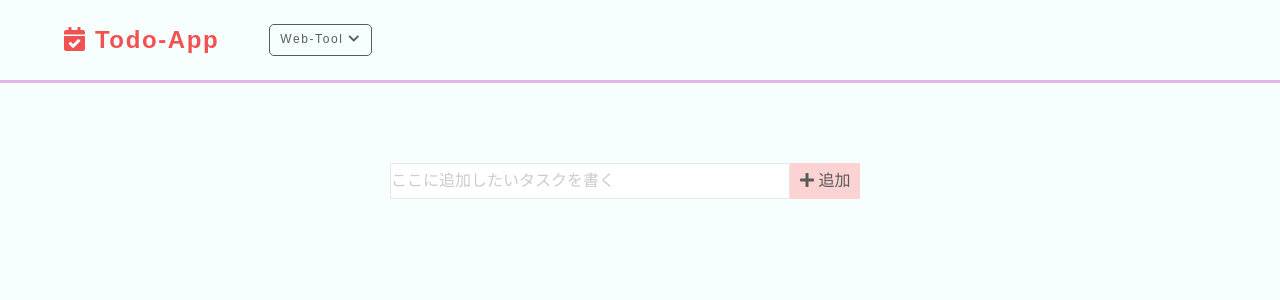
Repository: Hiroshii-m/todo_vue
Page: index.html
An editor plug-in stored every save of this project. The page is shown before and after the next save, followed by the edit.
The browser window is 1280 px wide. The pictures show the whole page.
The style sheet was rebuilt from its Sass, Less or Tailwind sources for each picture, by a compiler version that may differ from the author's.

Above is the page before, as saved 2021-06-26 18:13:32.

### index.html
<!DOCTYPE html>
<html lang="en">
<head>
    <meta charset="UTF-8">
    <meta http-equiv="X-UA-Compatible" content="IE=edge">
    <meta name="viewport" content="width=device-width, initial-scale=1.0">
    <link rel="stylesheet" href="node_modules/@fortawesome/fontawesome-free/css/all.css">
    <link rel="stylesheet" href="dist/css/style.css">
    <title>TODO APP Vue</title>
</head>
<body class="u-bgColor-base">

    <!-- header -->
    <header id="l-header" class="u-border-bottom">
        <div class="c-header">
            <h2 class="c-header__home">
                <i class="fas fa-calendar-check"></i>
                <a class="c-header__text" href="">Todo-App</a>
            </h2>
            <h3 class="c-header__other">
                Web-Tool
                <i class="fas fa-chevron-down"></i>
            </h3>
        </div>
    </header><!-- /header -->

    <!-- main -->
    <section id="l-main">
        <div class="c-main">
            <div id="l-addTask">
                <div class="c-addTask">
                    <input type="text" class="c-addTask__input" placeholder="ここに追加したいタスクを書く">
                    <button class="c-addTask__add">
                        <i class="fas fa-plus"></i>
                        追加
                    </button>
                </div>
            </div>
            <div id="l-search"></div>
            <div id="l-list"></div>
        </div>
    </section>
    <!-- /main -->

</body>
</html>

### src/scss/style.scss

// ======================================
// foundation
// ======================================
@use 'foundation/reset';
@use 'foundation/variables';
@use 'foundation/base';
// ======================================
// layout
// ======================================
#l-header {
    width: 100%;
}
#l-main {
    padding: 80px;
}
// ======================================
// object
// ======================================
// Component
// **************************************
.c-header {
    width: 90%;
    height: 80px;
    margin: 0 auto;
    display: flex;
    align-items: center;
    &__home {
        margin-right: 50px;
        font-weight: bold;
        color: var(--color_red);
        font-size: var(--font-size_xl);
    }
    &__other {
        font-size: var(--font-size_s);
        padding: var(--space_s) var(--space_m);
        border: 1px solid var(--font-color_default);
        border-radius: 5px;
        cursor: pointer;
    }
}
.c-main {
    width: var(--site-width_xxl);
    margin: 0 auto;
}
.c-addTask {
    display: flex;
    max-width: 500px;
    margin: 0 auto;
    &__input {
        width: 80%;
        border: 1px solid var(--border-color_default);
        border-radius: 2px;
    }
    &__add {
        background: var(--color_pink);
        padding: var(--space_s) var(--space_m);
    }
}
// Project
// **************************************
// Utility
// **************************************
.u-border {
    &-bottom {
        border-bottom: 3px solid var(--color_accent);
    }
}
.u-bgColor {
    &-base {
        background: var(--color_base);
    }
}

### src/scss/foundation/_variables.scss
:root {
    --font-color_default: #5A5A5A;
    --color_base: #F7FFFE;
    --color_accent: #E3B6E5;
    --color_green: #C3E8C7;
    --color_sky: #C8E4F4;
    --color_red: #F05252;
    --color_blue: #25A1EF;
    --color_pink: #fbd3d3;
    --border-color_default: #E6E6E6;


    --site-width_xxl: 780px;
    --site-width_xl: 680px;
    --site-width_md: 580px;
    --site-width_ms: 414px;

    --font-size_s: 12px;
    --font-size_m: 14px;
    --font-size_default: 16px;
    --font-size_l: 18px;
    --font-size_xl: 24px;
    --font-size_xxl: 28px;
    --font-size_3l: 38px;


    --space_s: 5px;
    --space_m: 10px;
    --space_l: 15px;
    --space_xl: 20px;
    --space_xxl: 30px;
    --space_3l: 40px;

    --font-family_default: "メイリオ", sans-serif;
}

### src/scss/foundation/_base.scss
html, body {
    width: 100%;
    color: var(--font-color_default);
    line-height: 1.6;
    font-family: var(--font-family_default);
    letter-spacing: 0.1em;
}

p, a {
    -webkit-font-smoothing: antialiased;
}

img {
    width: 100%;
    height: 100%;
    vertical-align: bottom;
    object-fit: cover;
}

input {
    display: block;
    width: 100%;
    background: #fff;
}

textarea {
    resize: vertical;
    height: 30px;
}

::placeholder {
    color: #ccc;
}

iframe {
    width: 100%;
}

i {
    cursor: pointer;
}

Loaded but not shown: node_modules/@fortawesome/fontawesome-free/css/all.css (library); src/scss/foundation/_reset.scss (common file)

After the next save:
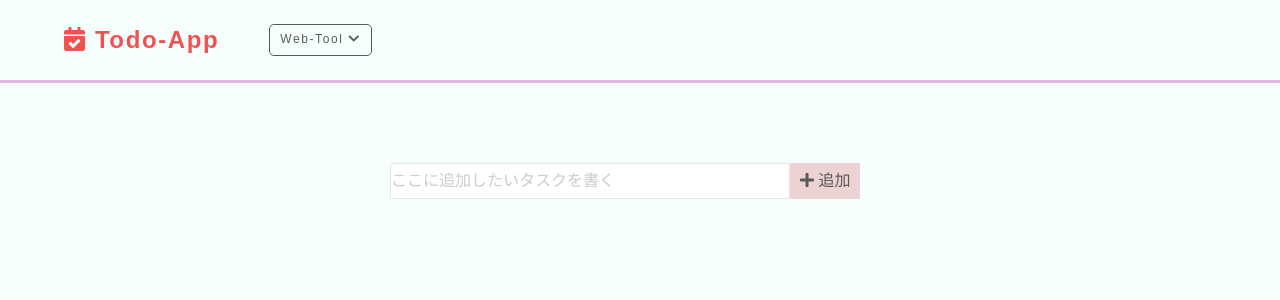
Saved 16 s later.
--- a/src/scss/foundation/_variables.scss
+++ b/src/scss/foundation/_variables.scss
@@ -6,7 +6,7 @@
     --color_sky: #C8E4F4;
     --color_red: #F05252;
     --color_blue: #25A1EF;
-    --color_pink: #fbd3d3;
+    --color_pink: #ecd2d2;
     --border-color_default: #E6E6E6;
 
 
